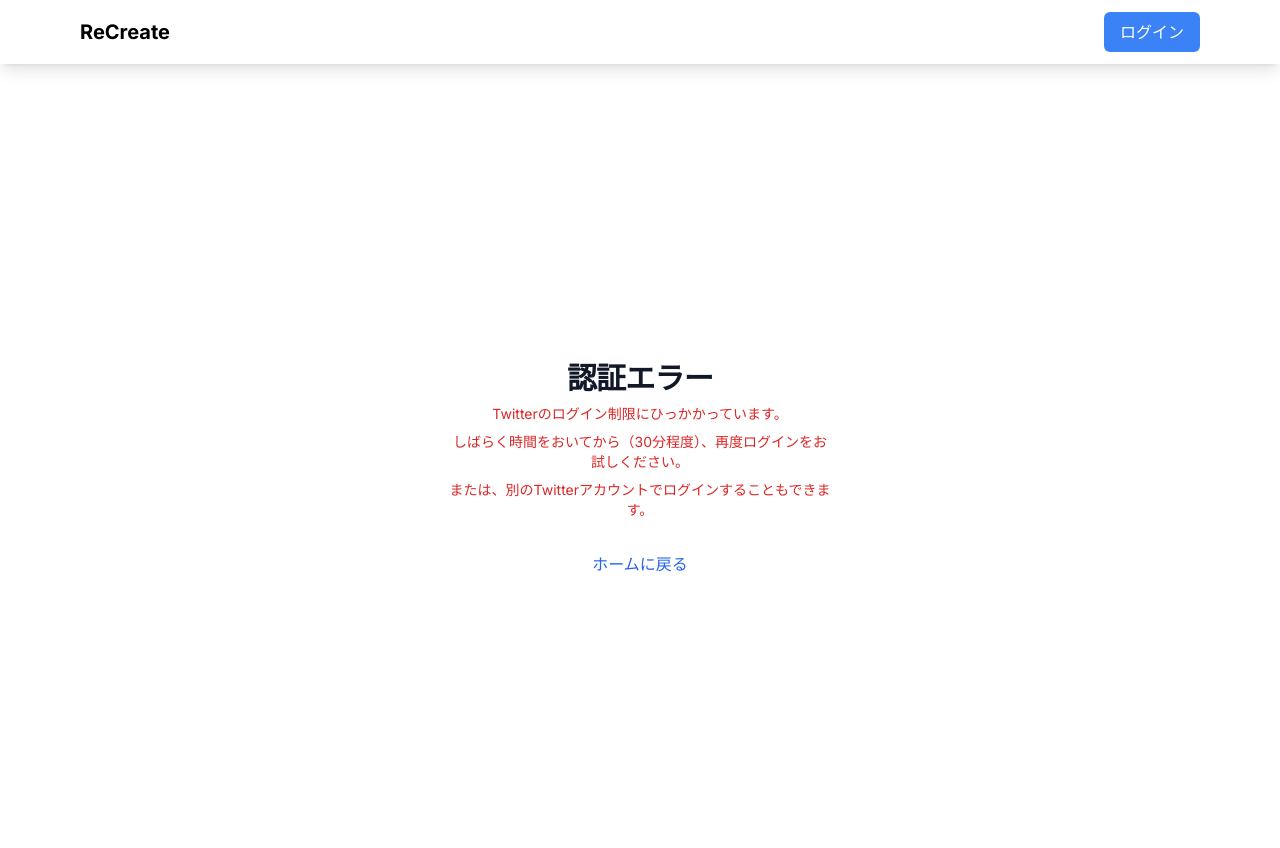
Repository: hayakawa1/recreate
Page: /auth/error
These files come from the project's save history. The page is drawn as it stood at one moment and after the next save; the edit follows.
The browser window is 1280 px wide. The pictures show the whole page.
The page's requests for data from a server got no answer. The project was rebuilt for these pictures with package versions that can differ from the ones it lists, and the page was loaded fresh each time. The framework's server and built-in components were replaced by stand-ins that run in the browser. No one was signed in, and anything a server would have sent is missing. Also part of the build but not shown: next.config.js.

Above is the page before, as saved 2025-01-02 19:19:44.

### src/app/layout.tsx
import React from 'react';
import './globals.css';
import type { Metadata } from 'next';
import { Inter } from 'next/font/google';
import { NextAuthProvider } from '@/providers/NextAuthProvider';
import NavBar from '@/components/NavBar';

const inter = Inter({ subsets: ['latin'] });

export const metadata: Metadata = {
  title: 'ReCreate',
  description: 'クリエイターとユーザーをつなぐプラットフォーム',
};

export default function RootLayout({
  children,
}: {
  children: React.ReactNode;
}) {
  return (
    <html lang="ja">
      <body className={inter.className}>
        <NextAuthProvider>
          <NavBar />
          <main className="max-w-6xl mx-auto px-4 py-8">{children}</main>
        </NextAuthProvider>
      </body>
    </html>
  );
}

### src/app/auth/error/page.tsx
'use client';

import React from 'react';
import { useSearchParams } from 'next/navigation';
import Link from 'next/link';

export default function ErrorPage() {
  const searchParams = useSearchParams();
  const error = searchParams.get('error');
  console.log('error:', error); // デバッグ用

  return (
    <div className="flex min-h-screen items-center justify-center">
      <div className="w-full max-w-md space-y-8 p-8">
        <div className="text-center">
          <h2 className="mt-6 text-3xl font-bold tracking-tight text-gray-900">
            認証エラー
          </h2>
          <p className="mt-2 text-sm text-red-600">
            <div className="space-y-2">
              <p>Twitterのログイン制限にひっかかっています。</p>
              <p>しばらく時間をおいてから（30分程度）、再度ログインをお試しください。</p>
              <p>または、別のTwitterアカウントでログインすることもできます。</p>
            </div>
          </p>
          <div className="mt-8">
            <Link
              href="/"
              className="text-blue-600 hover:text-blue-800 hover:underline"
            >
              ホームに戻る
            </Link>
          </div>
        </div>
      </div>
    </div>
  );
}

### src/providers/NextAuthProvider.tsx
'use client';

import React from 'react';
import { SessionProvider } from 'next-auth/react';

export function NextAuthProvider({
  children,
}: {
  children: React.ReactNode;
}) {
  return (
    <SessionProvider refetchInterval={0} refetchOnWindowFocus={false}>
      {children}
    </SessionProvider>
  );
}

### src/components/NavBar.tsx
'use client';

import React, { useState } from 'react';
import { signIn, signOut, useSession } from 'next-auth/react';
import Link from 'next/link';
import Image from 'next/image';

export default function NavBar() {
  const { data: session } = useSession();
  const [isMenuOpen, setIsMenuOpen] = useState(false);

  const handleLogin = () => {
    signIn('twitter', { callbackUrl: '/' });
  };

  return (
    <nav className="bg-white shadow-lg">
      <div className="max-w-6xl mx-auto px-4">
        <div className="flex justify-between items-center h-16">
          {/* サイトロゴ */}
          <Link href="/" className="text-xl font-bold">
            ReCreate
          </Link>

          {/* ユーザーメニュー */}
          <div className="relative">
            {session ? (
              <>
                <button
                  onClick={() => setIsMenuOpen(!isMenuOpen)}
                  className="flex items-center space-x-2"
                >
                  {session.user.image && (
                    <Image
                      src={session.user.image}
                      alt="Profile"
                      width={32}
                      height={32}
                      className="rounded-full"
                    />
                  )}
                  <span>{session.user.name}</span>
                </button>

                {/* ドロップダウンメニュー */}
                {isMenuOpen && (
                  <div className="absolute right-0 mt-2 w-48 bg-white rounded-md shadow-lg py-1">
                    <Link
                      href={`/u/${session.user.id}`}
                      className="block px-4 py-2 text-sm text-gray-700 hover:bg-gray-100"
                      onClick={() => setIsMenuOpen(false)}
                    >
                      クリエイターページ
                    </Link>
                    <Link
                      href="/requests/received"
                      className="block px-4 py-2 text-sm text-gray-700 hover:bg-gray-100"
                      onClick={() => setIsMenuOpen(false)}
                    >
                      リクエスト管理
                    </Link>
                    <Link
                      href="/profile"
                      className="block px-4 py-2 text-sm text-gray-700 hover:bg-gray-100"
                      onClick={() => setIsMenuOpen(false)}
                    >
                      プロフィール管理
                    </Link>
                    <button
                      onClick={() => {
                        setIsMenuOpen(false);
                        signOut();
                      }}
                      className="block w-full text-left px-4 py-2 text-sm text-gray-700 hover:bg-gray-100"
                    >
                      ログアウト
                    </button>
                  </div>
                )}
              </>
            ) : (
              <button
                onClick={handleLogin}
                className="bg-blue-500 text-white px-4 py-2 rounded-md hover:bg-blue-600"
              >
                ログイン
              </button>
            )}
          </div>
        </div>
      </div>
    </nav>
  );
}

Loaded but not shown: src/app/globals.css (common file); tailwind.config.js (common file)

After the next save:
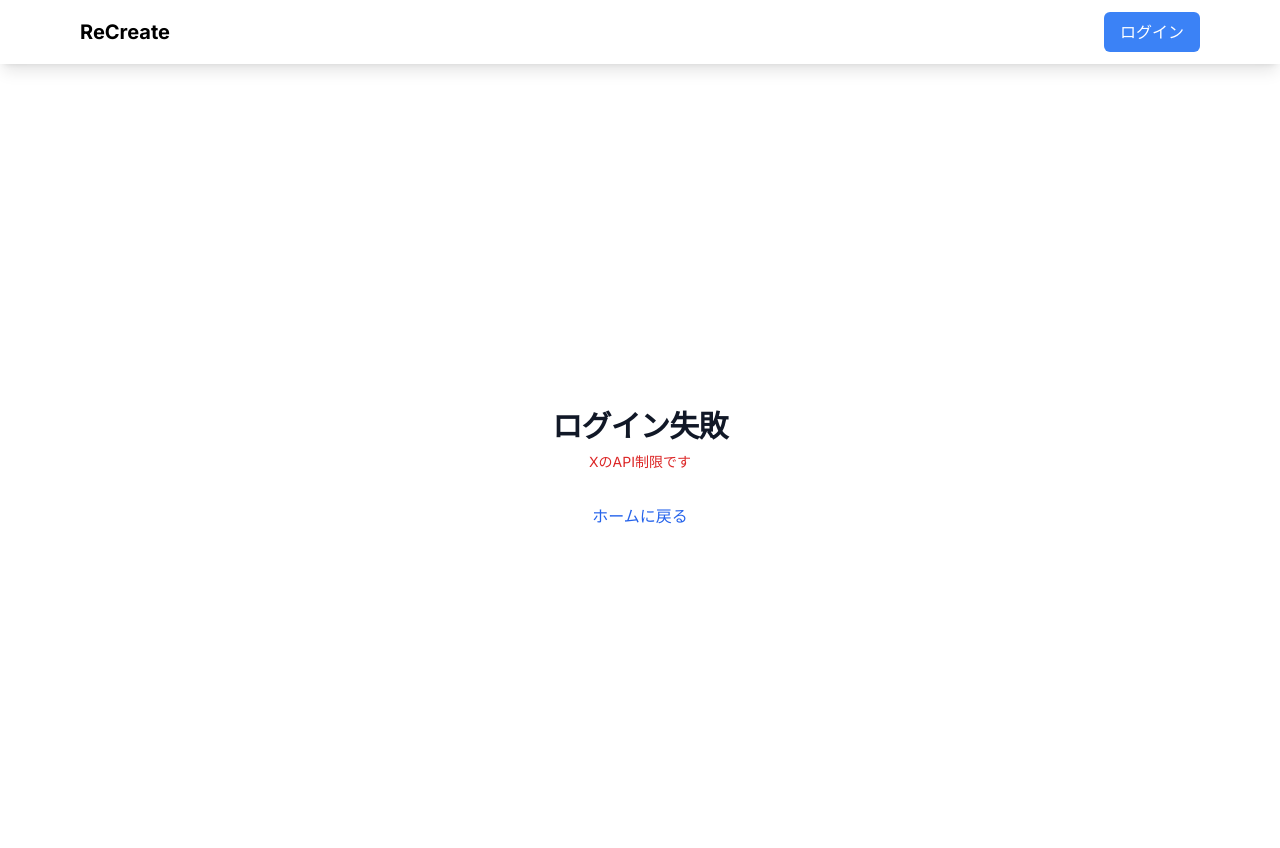
Saved 60 s later.
--- a/src/app/auth/error/page.tsx
+++ b/src/app/auth/error/page.tsx
@@ -14,14 +14,10 @@
       <div className="w-full max-w-md space-y-8 p-8">
         <div className="text-center">
           <h2 className="mt-6 text-3xl font-bold tracking-tight text-gray-900">
-            認証エラー
+            ログイン失敗
           </h2>
           <p className="mt-2 text-sm text-red-600">
-            <div className="space-y-2">
-              <p>Twitterのログイン制限にひっかかっています。</p>
-              <p>しばらく時間をおいてから（30分程度）、再度ログインをお試しください。</p>
-              <p>または、別のTwitterアカウントでログインすることもできます。</p>
-            </div>
+            XのAPI制限です
           </p>
           <div className="mt-8">
             <Link
